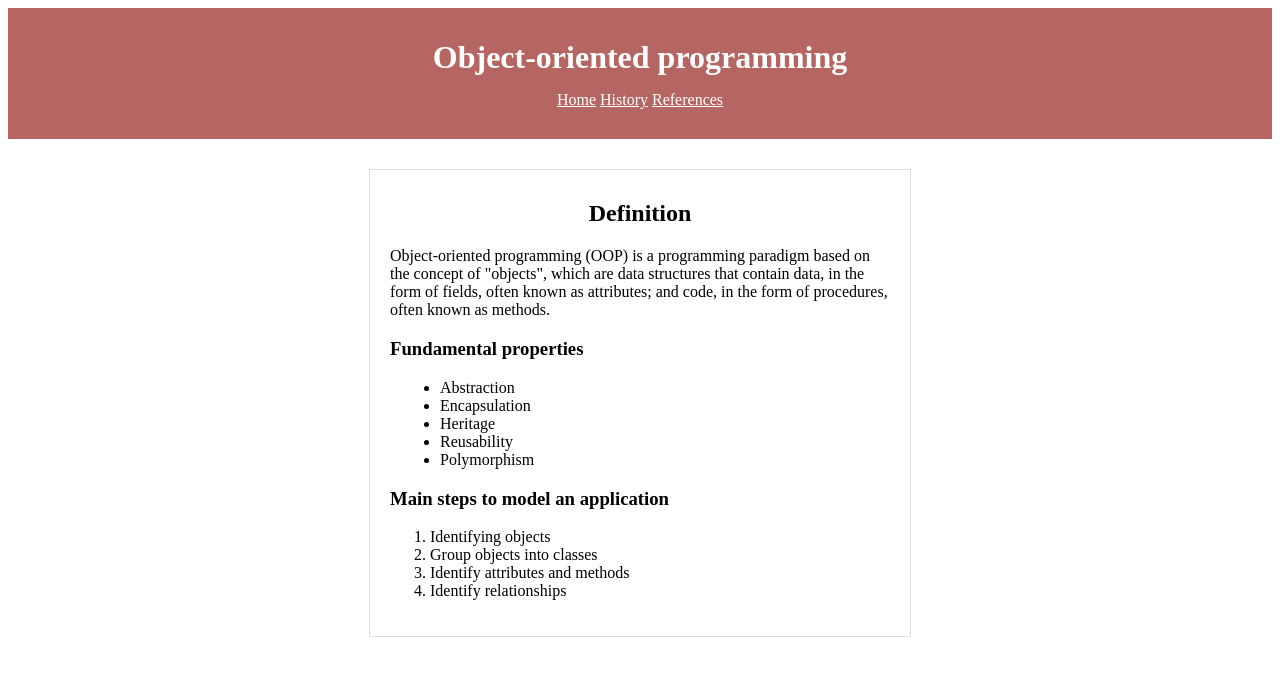
Repository: ReyesEvan/8.-Septimo_semestre
Page: Aplicaciones_en_ambientes_distribuidos/OOP/V3/home.html
These files come from the project's save history. The page is drawn as it stood at one moment and after the next save; the edit follows.
The browser window is 1280 px wide. The pictures show the whole page.

Above is the page before, as saved 2019-09-30 18:31:56.

### Aplicaciones_en_ambientes_distribuidos/OOP/V3/home.html
<!DOCTYPE html>
<html>
    <head>
        <link type="text/css" rel="stylesheet" href="main.css">
    </head>
    <body>
        <div class='header'>
            <h1>Object-oriented programming</h1>
            <ul class="nav">
                <li><a href="home.html">Home</a></li>
                <li><a href="history.html">History</a></li>
                <li><a href="references.html">References</a></li>
            </ul>
        </div>
        <div class='main-content'>
            <h2>Definition</h2>
            <p>Object-oriented programming (OOP) is a programming paradigm based on the concept of "objects", which are data structures that contain data, in the form of fields, often known as attributes; and code, in the form of procedures, often known as methods.
            </p>
            <h3>Fundamental properties</h3>
            <ul>
                <li>Abstraction</li>
                <li>Encapsulation</li>
                <li>Heritage</li>
                <li>Reusability</li>
                <li>Polymorphism</li>
            </ul>
            <h3>Main steps to model an application</h3>
            <ol>
                <li>Identifying objects</li>
                <li>Group objects into classes</li>
                <li>Identify attributes and methods</li>
                <li>Identify relationships</li>
            </ol>
        </div>
    </body>
</html>

### Aplicaciones_en_ambientes_distribuidos/OOP/V3/main.css
body {
    padding: 0;
}

h1 {
    color: #ffffff;
    margin-bottom: 15px;
    text-align: center;
}

h2 {
    margin: 10px 0 20px 0;
    text-align: center
}

.header {
    padding: 10px;
    background-color: #b56663;
}

.header a {
    color: #ffffff;
}

ul {
    padding: 0 0 0 50px;
}

.nav {
    padding-left: 0;
    margin: 5px 0 20px;
    text-align: center;
}

.nav li {
    display: inline;
}

.main-content {
    width: 500px;
    padding: 20px;
    border: 1px solid #dddddd;
    margin: 30px auto 0 auto;
}

After the next save:
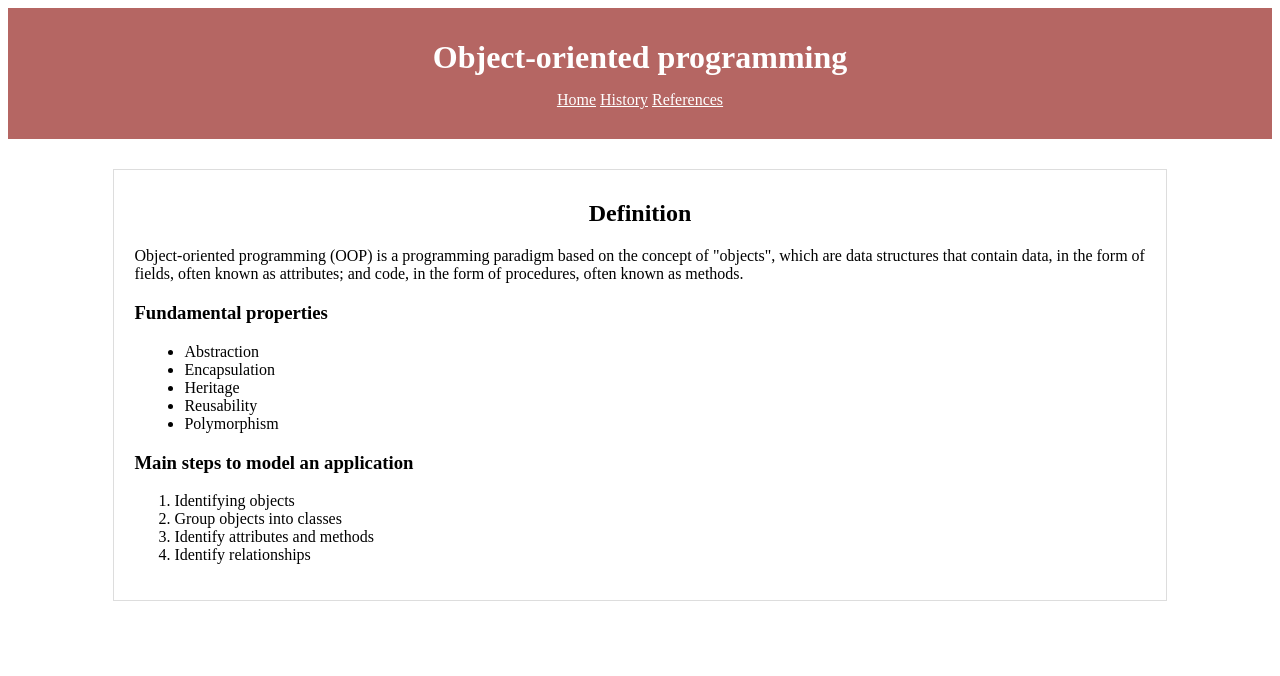
Saved 22 s later.
--- a/Aplicaciones_en_ambientes_distribuidos/OOP/V3/main.css
+++ b/Aplicaciones_en_ambientes_distribuidos/OOP/V3/main.css
@@ -37,7 +37,7 @@ ul {
 }
 
 .main-content {
-    width: 500px;
+    width: 80%;
     padding: 20px;
     border: 1px solid #dddddd;
     margin: 30px auto 0 auto;
